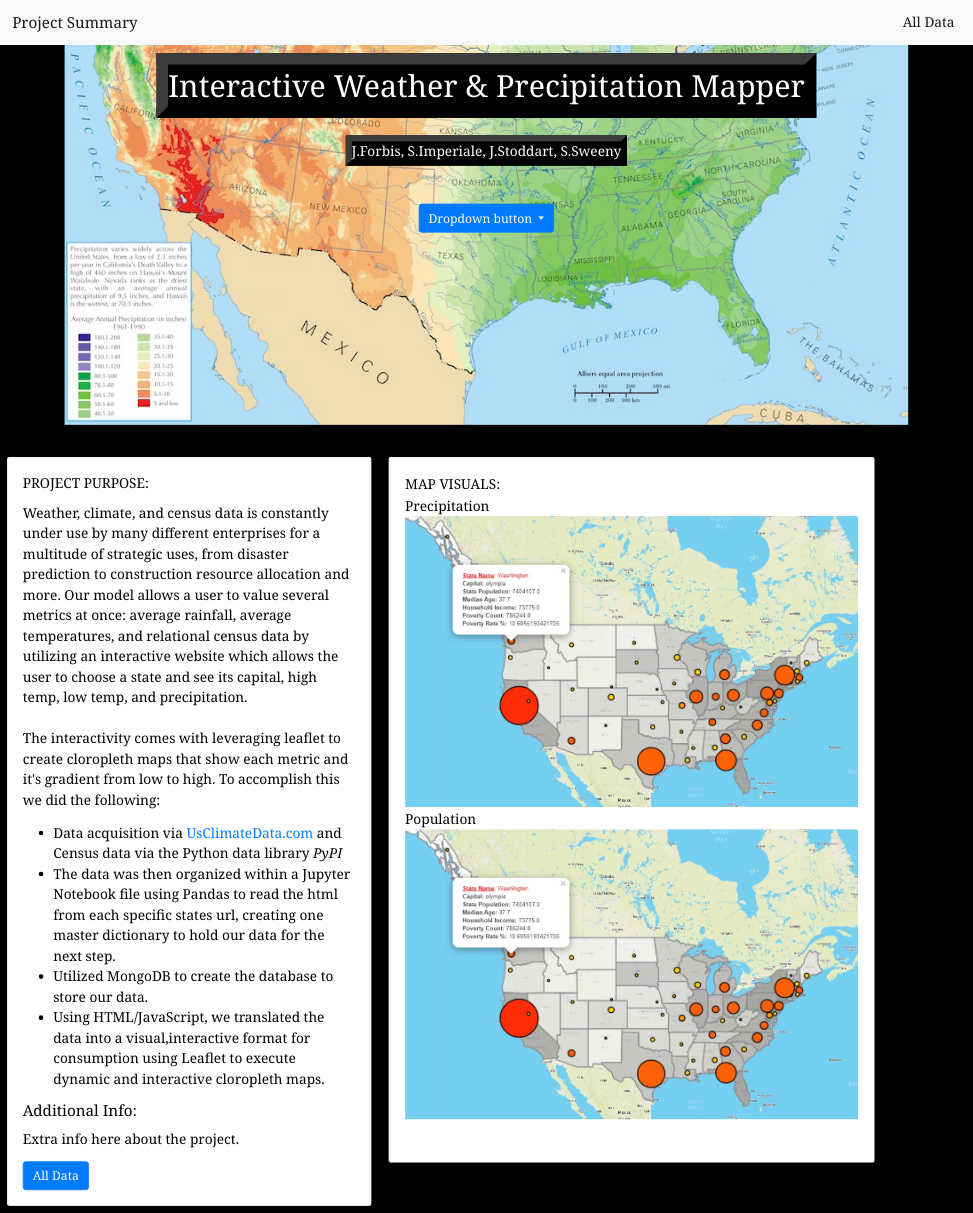
Repository: jforbis/project3-weathermap
Page: http://localhost/
An editor plug-in stored every save of this project. The page is shown before and after the next save, followed by the edit.
The browser window is 1280 px wide. The pictures show the whole page, at 76% of full size.
Backgrounds fixed to the window are drawn as part of the page. The page is served by the project's application, run on Flask 3 (app.py).

Above is the page before, as saved 2021-03-16 12:47:50.

After the next save:
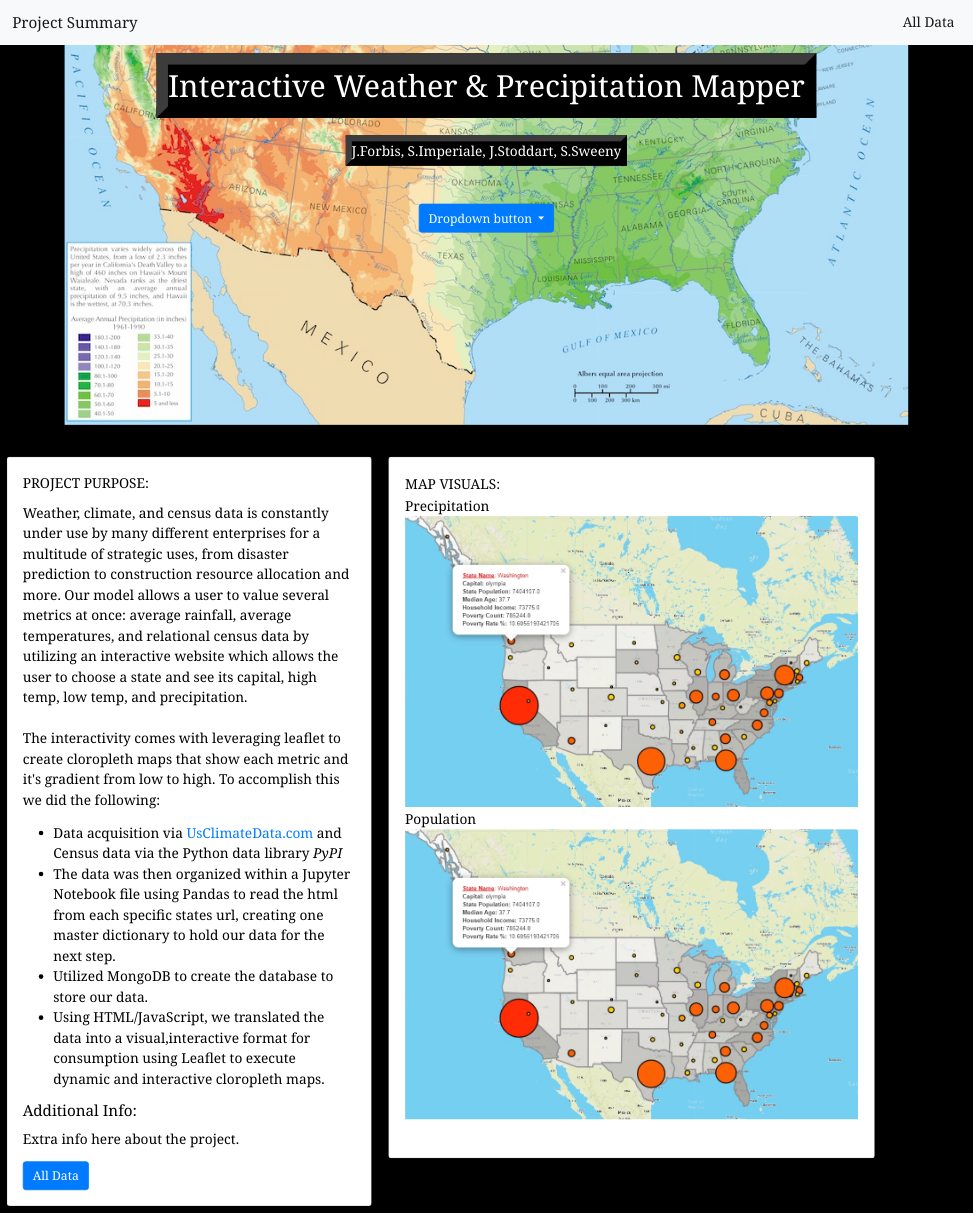
Saved 26 s later.
--- a/templates/index.html
+++ b/templates/index.html
@@ -130,10 +130,6 @@ z-index: 1071;">
                                         </td>
                                     </tr>
                                     <tr><td style="color: white">#This was hard#</td></tr>
-                                    <tr><td></td></tr>
-                                    <tr><td></td></tr>
-                                    <tr><td></td></tr>
-
                                 </table>
                             </div>
                     </div>
